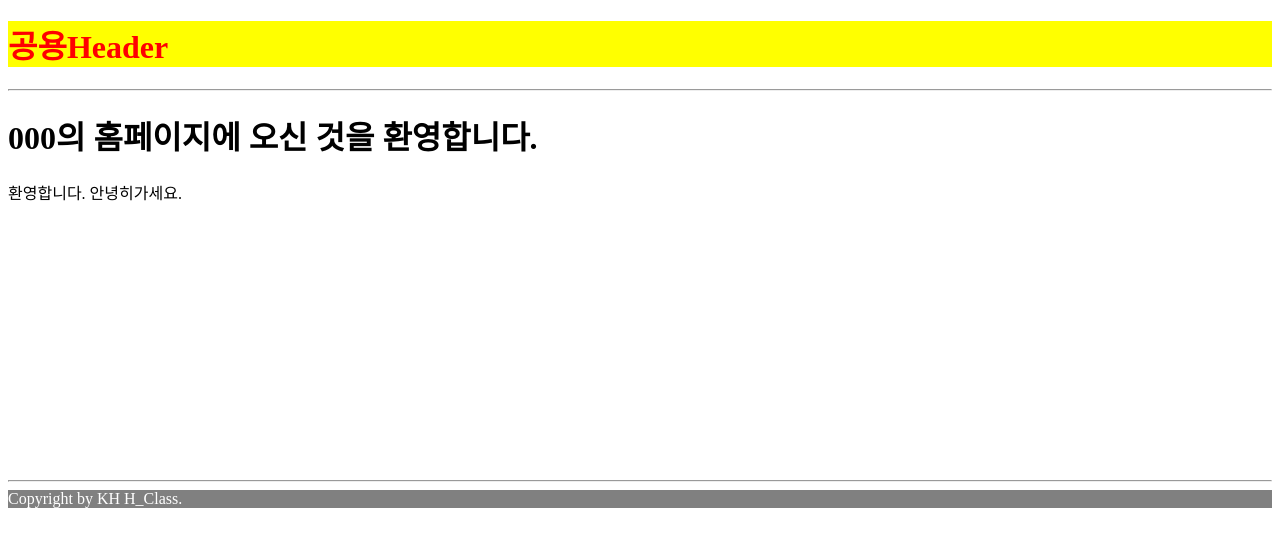
Repository: DuhanMo/servlet-jsp-practice
Page: http://localhost/jspProject/views/myHome.jsp
These files come from the project's save history. The page is drawn as it stood at one moment and after the next save; the edit follows.
The browser window is 1280 px wide. The pictures show the whole page.
The page is served by Tomcat 9. Other server files are loaded and not shown.

Above is the page before, as saved 2020-08-14 09:12:35.

### jspProject/WebContent/views/myHome.jsp
<%@ page language="java" contentType="text/html; charset=UTF-8"
	pageEncoding="UTF-8"%>
<!DOCTYPE html>
<html>
<head>
<meta charset="UTF-8">
<title>include 활용</title>

</head>
<body>
	<%@ include file="common/header.jsp"%>
	<hr>
	<h1>000의 홈페이지에 오신 것을 환영합니다.</h1>
	<p>환영합니다. 안녕히가세요.</p>
	<br><br><br><br><br><br><br>
	<br><br><br><br><br><br><br>
	<hr>
	<%@ include file="common/footer.jsp" %>

</body>
</html>

### jspProject/WebContent/views/common/header.jsp
<%@ page language="java" contentType="text/html; charset=UTF-8"
	pageEncoding="UTF-8"%>
<header style="background: yellow; color: red;"><h1>공용Header</h1></header>

### jspProject/WebContent/views/common/footer.jsp
<%@ page language="java" contentType="text/html; charset=UTF-8"
	pageEncoding="UTF-8"%>
<footer style="background: gray; color: white;">
Copyright by KH H_Class.
</footer>

After the next save:
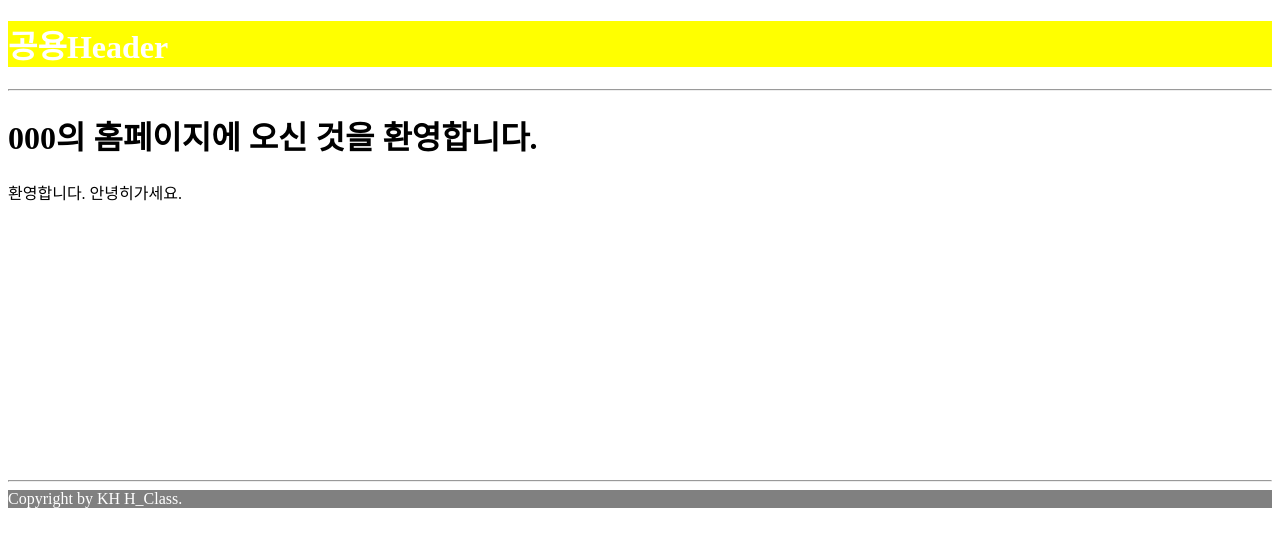
Saved 30 s later.
--- a/jspProject/WebContent/views/common/header.jsp
+++ b/jspProject/WebContent/views/common/header.jsp
@@ -1,3 +1,3 @@
 <%@ page language="java" contentType="text/html; charset=UTF-8"
 	pageEncoding="UTF-8"%>
-<header style="background: yellow; color: red;"><h1>공용Header</h1></header>
+<header style="background: yellow; color: white;"><h1>공용Header</h1></header>
